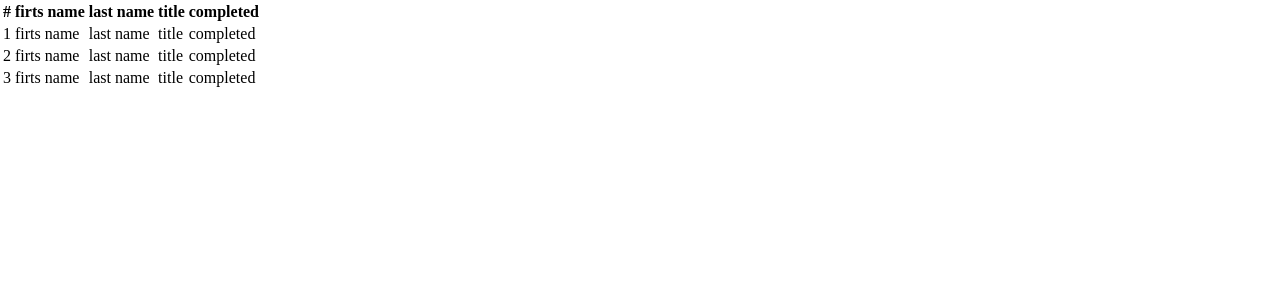
Repository: beva3/myCodepen
Page: table/index.html
The author's editor kept a copy of each file at every save. The page is drawn from the files as they stood at one save, then again after the next save.
The browser window is 1280 px wide. The pictures show the whole page.

Above is the page before, as saved 2024-05-11 10:46:19.

After the next save:
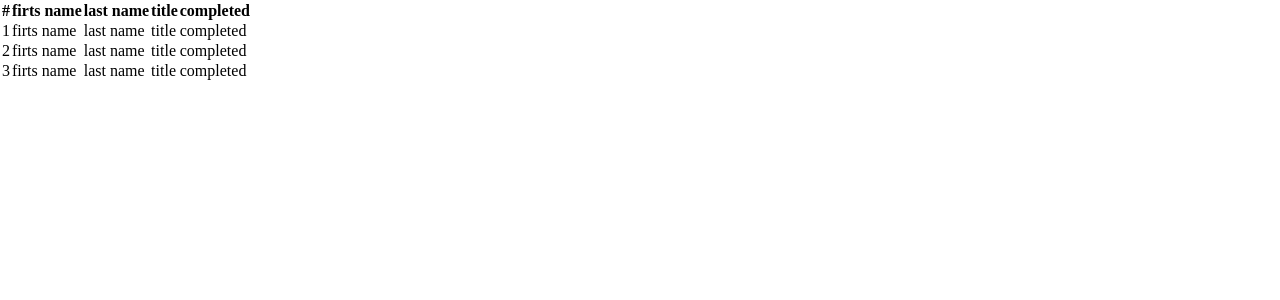
Saved 7 s later.
--- a/table/style.css
+++ b/table/style.css
@@ -1,4 +1,5 @@
 *{
     margin: 0;
-    padi
+    padding: 0;
+    border
 }
